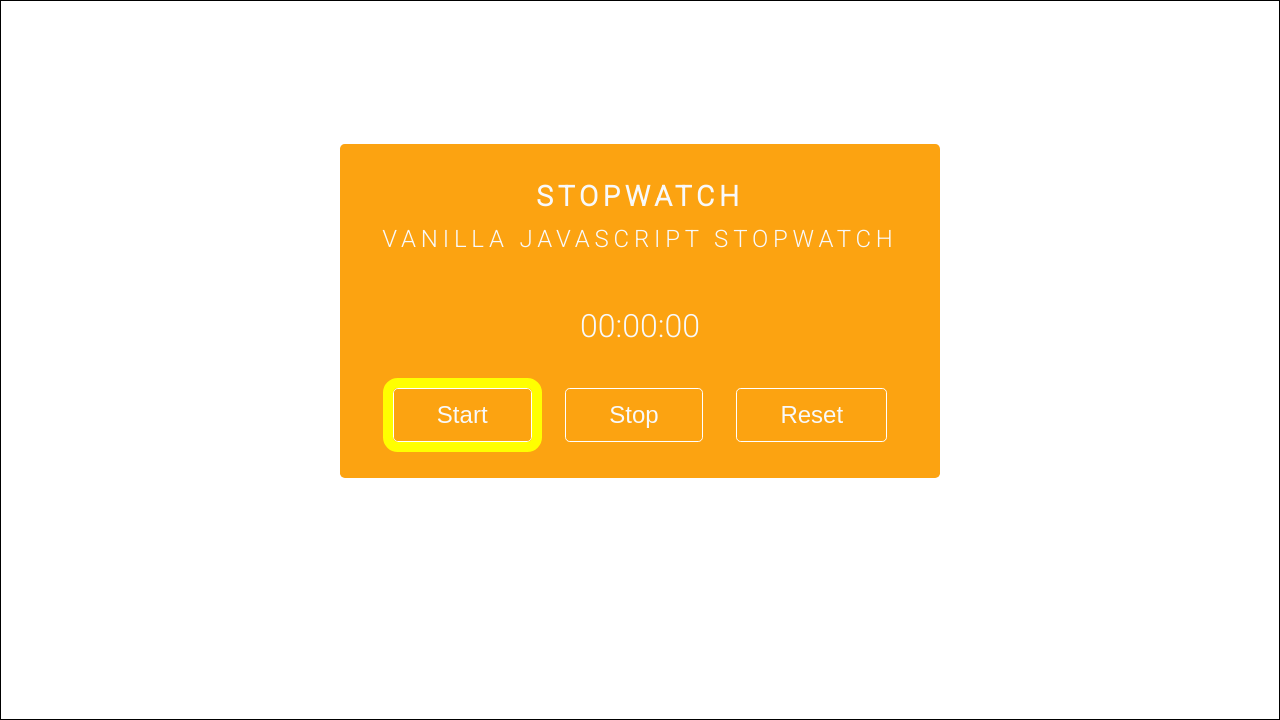
Repository: siaxiong/siaxiong.github.io
Page: doc/stopWatch.html
The author's editor kept a copy of each file at every save. The page is drawn from the files as they stood at one save, then again after the next save.
The browser window is 1280 px wide. The pictures show the whole page.
The first visible `.stopwatch__button` has the focus.

Above is the page before, as saved 2021-03-11 16:19:13.

After the next save:
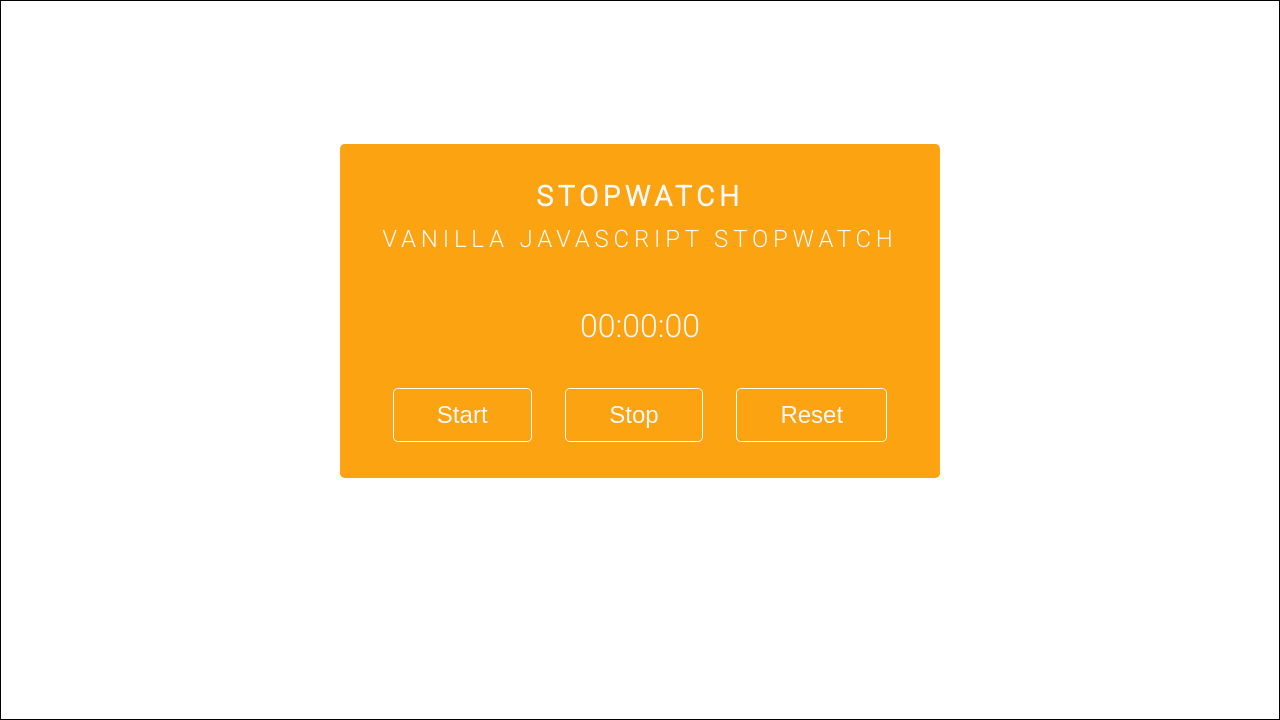
Saved 27 s later.
--- a/doc/stopWatch.html
+++ b/doc/stopWatch.html
@@ -67,7 +67,7 @@
     }
 
     .stopwatch__button:focus {
-        outline: 10px solid yellow;
+        outline: none
     }
 
 
